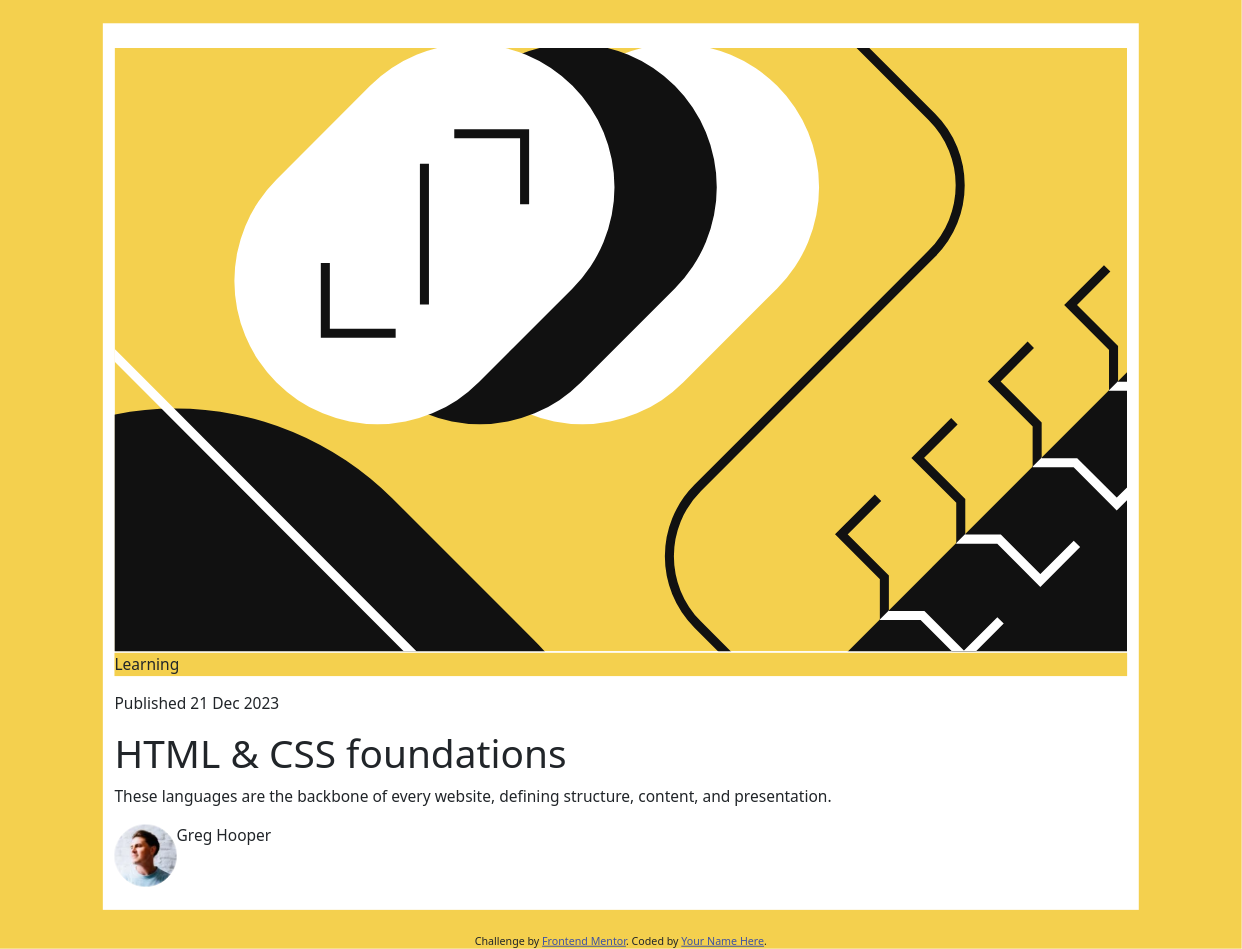
Repository: blordeus/blog-preview-card
Page: index.html
The author's editor kept a copy of each file at every save. The page is drawn from the files as they stood at one save, then again after the next save.
The browser window is 1280 px wide. The pictures show the whole page, at 97% of full size.
The style sheet was rebuilt from its Sass, Less or Tailwind sources for each picture, by a compiler version that may differ from the author's.

Above is the page before, as saved 2024-02-10 09:18:20.

After the next save:
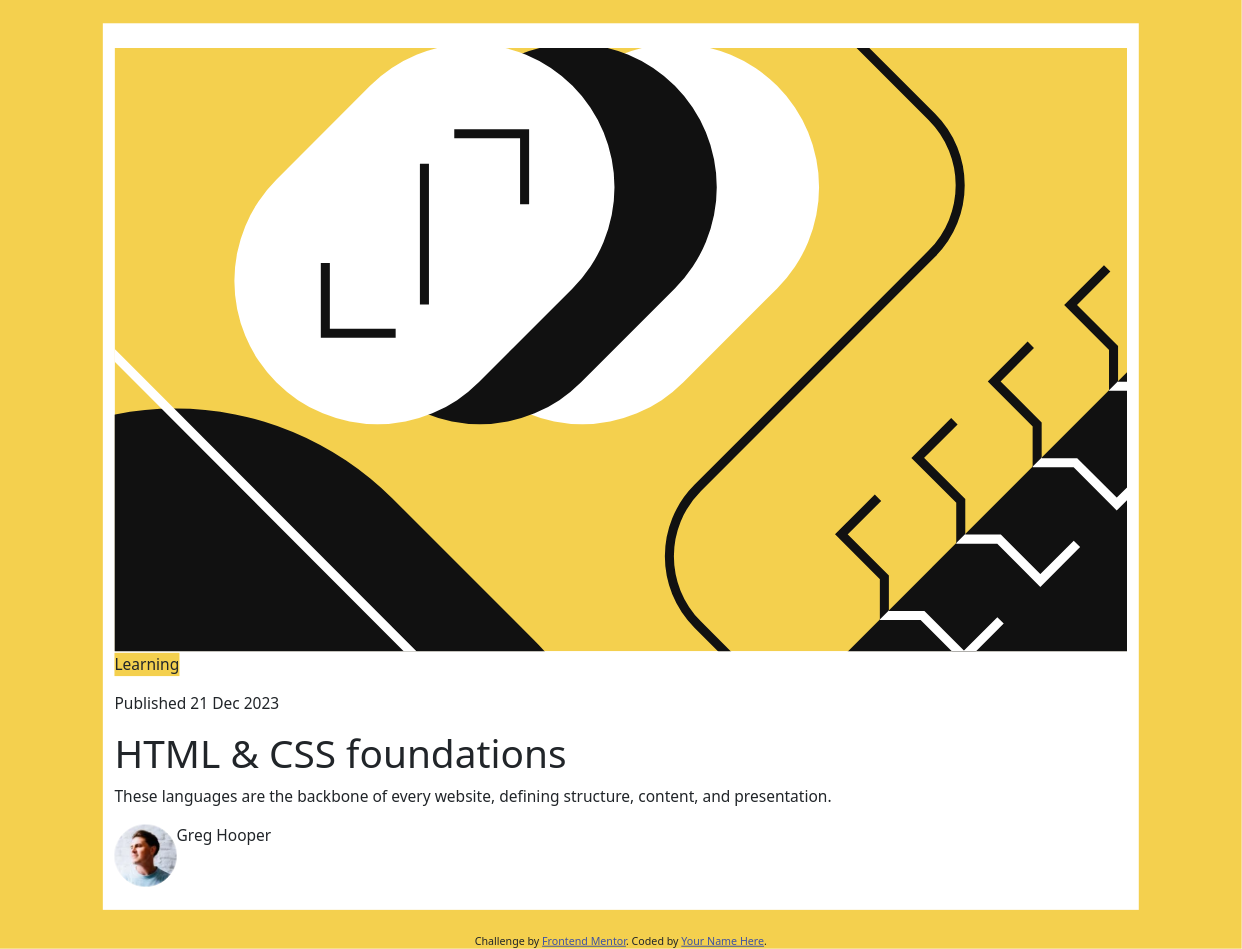
Saved 13 s later.
--- a/index.html
+++ b/index.html
@@ -14,7 +14,7 @@
 <main class="white-bg row py-4 m-4">
     <img src="assets\images\illustration-article.svg" alt="header image">
     <div>
-      <p class="yellow-bg d-flex">Learning</p>
+      <p class="yellow-bg d-inline-flex">Learning</p>
     </div>
 
     <p>Published 21 Dec 2023</p>
